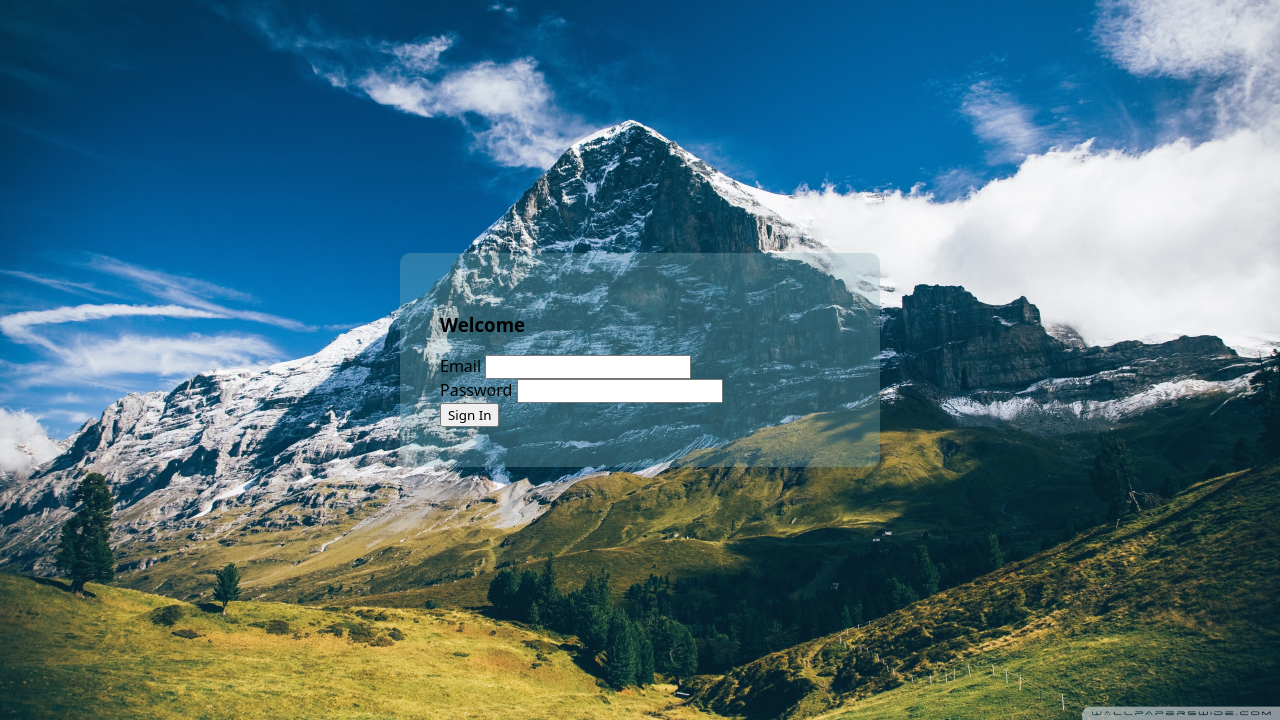
Repository: Szelbi/SimpliestLoginPage
Page: index.html
An editor plug-in stored every save of this project. The page is shown before and after the next save, followed by the edit.
The browser window is 1280 px wide. The pictures show the whole page.

Above is the page before, as saved 2021-02-04 22:06:42.

### index.html
<!DOCTYPE html>
<html lang="en">

<head>
    <meta charset="UTF-8">
    <meta name="viewport" content="width=device-width, initial-scale=1.0">
    <title>Document</title>
    <link rel="stylesheet" href="style.css">
</head>

<body>
    <main class="main">
        <div class="login-container">
            <h3 class='login-title'>Welcome</h3>
            <form>
                <div class="input-group">
                    <label>Email</label>
                    <input type="email">
                </div>
                <div class="input-group">
                    <label>Password</label>
                    <input type="password">
                </div>
                <button type="submit" class="login-button">Sign In</button>
            </form>
        </div>
    </main>
</body>

</html>

### style.css
* {
    font-family: 'Noto Sans', sans-serif;
}

html, body{
    margin: 0;
}

.main {
    background-image: url("eiger_mountain_grindelwald_switzerland_landscape-wallpaper-2560x1440.jpg");
    height: 100vh;
    widows: 100vw;
    background-size: cover;
    background-position: center;
    display: flex;
    justify-content: center;
    align-items: center;
}

.login-container {
    background-color: hsla(189, 28%, 62%, 0.322);
    padding: 40px;
    min-width: 200px;
    width:50%;
    max-width: 400px;
    border-radius: 10px;
}

After the next save:
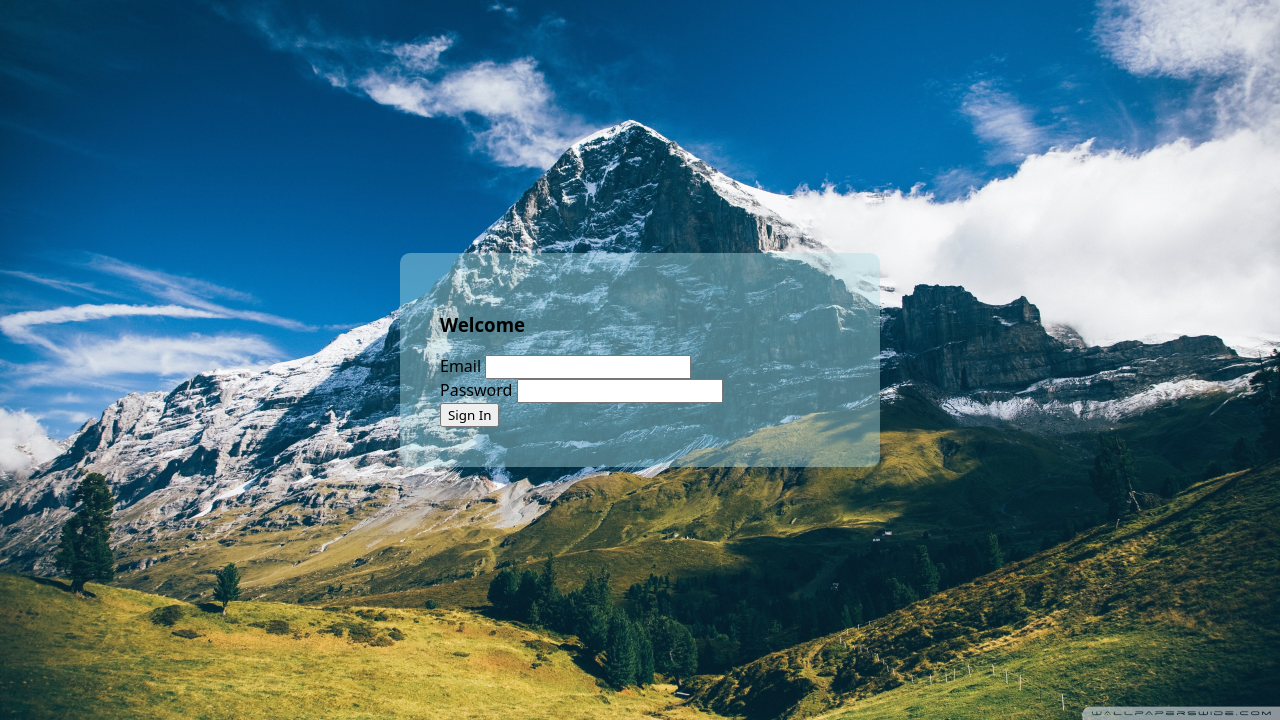
Saved 5 s later.
--- a/style.css
+++ b/style.css
@@ -18,7 +18,7 @@
 }
 
 .login-container {
-    background-color: hsla(189, 28%, 62%, 0.322);
+    background-color: hsla(189, 49%, 79%, 0.438);
     padding: 40px;
     min-width: 200px;
     width:50%;
